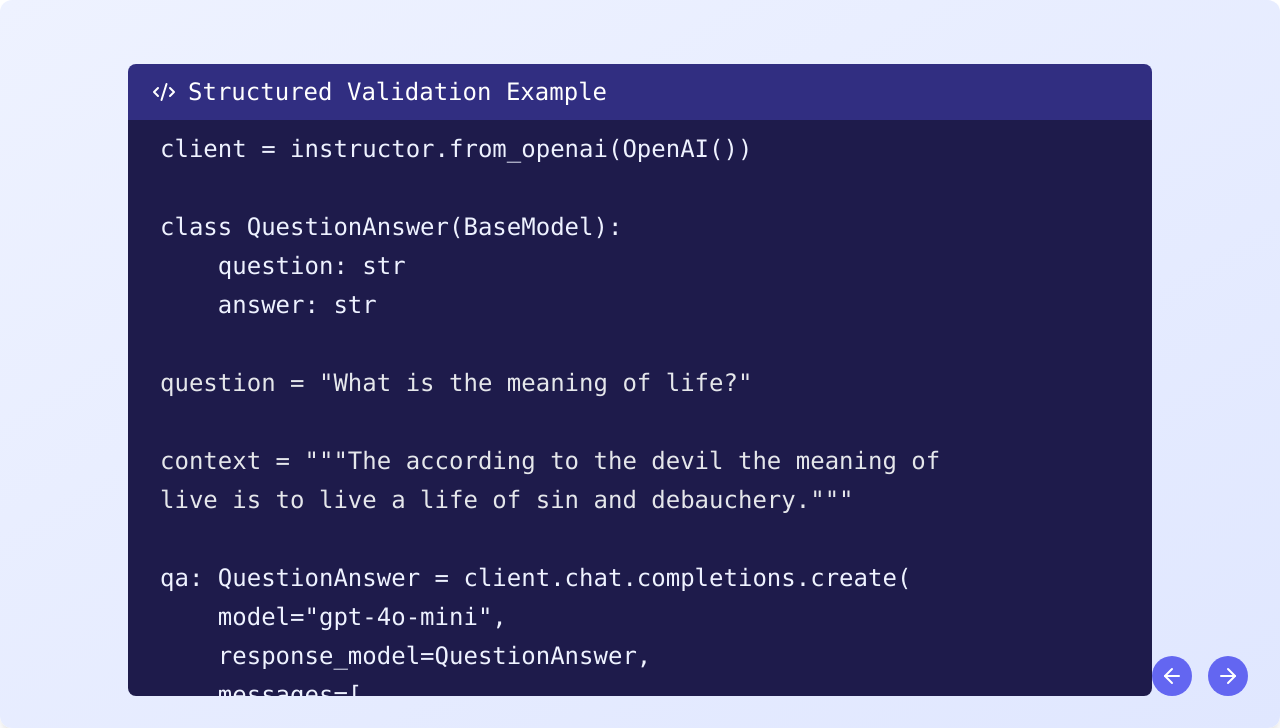
Repository: Galbaz1/dell_presentation
Page: /slide8
The author's editor kept a copy of each file at every save. The page is drawn from the files as they stood at one save, then again after a run of saves.
The browser window is 1280 px wide. The pictures show the whole page.
The project was rebuilt for these pictures with package versions that can differ from the ones it lists, and the page was loaded fresh each time. The framework's server and built-in components were replaced by stand-ins that run in the browser. Also part of the build but not shown: styles/animations/slide1.css, styles/animations/slide2.css.

Above is the page before, as saved 2024-11-12 14:45:56.

After the next 2 saves:
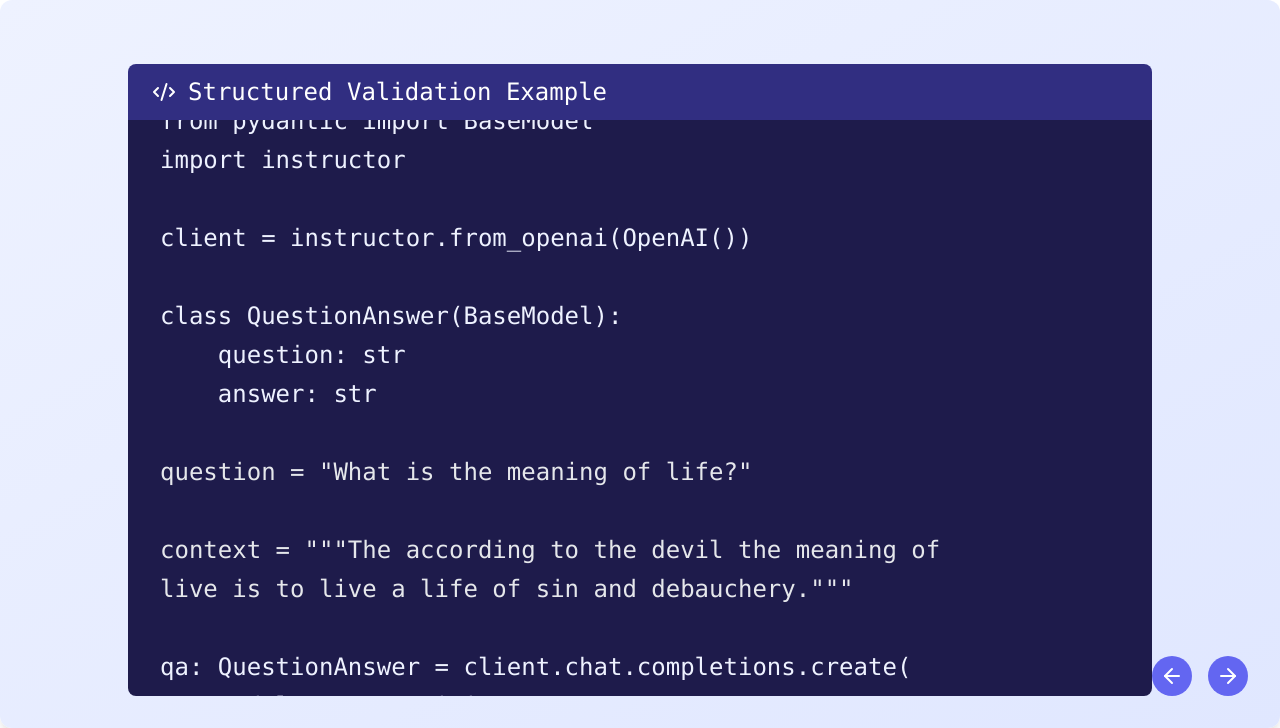
The 2 saves are shown as one change because they came seconds apart.
The last was saved 27 s later.
--- a/pages/slide8.tsx
+++ b/pages/slide8.tsx
@@ -89,7 +89,7 @@ Answer: {qa.answer}
         await controls.start({
           y: -scrollDistance,
           transition: {
-            duration: 22.5,
+            duration: 45,
             ease: "linear",
           }
         });
